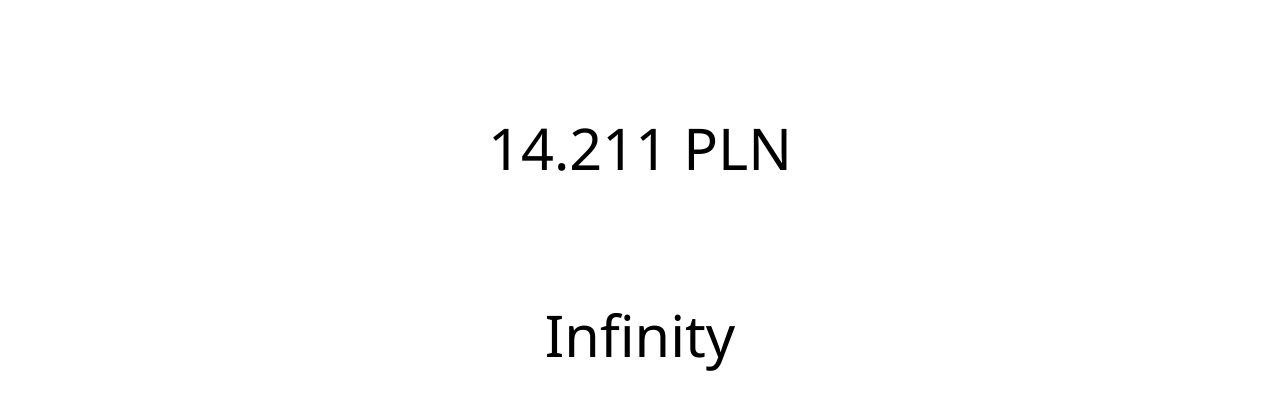
Repository: michalgornicki/bitcoin-virtual
Page: /
These files come from the project's save history. The page is drawn as it stood at one moment and after the next save; the edit follows.
The browser window is 1280 px wide. The pictures show the whole page.
The project was rebuilt for these pictures with package versions that can differ from the ones it lists, and the page was loaded fresh each time.

Above is the page before, as saved 2021-12-05 20:46:14.

After the next save:
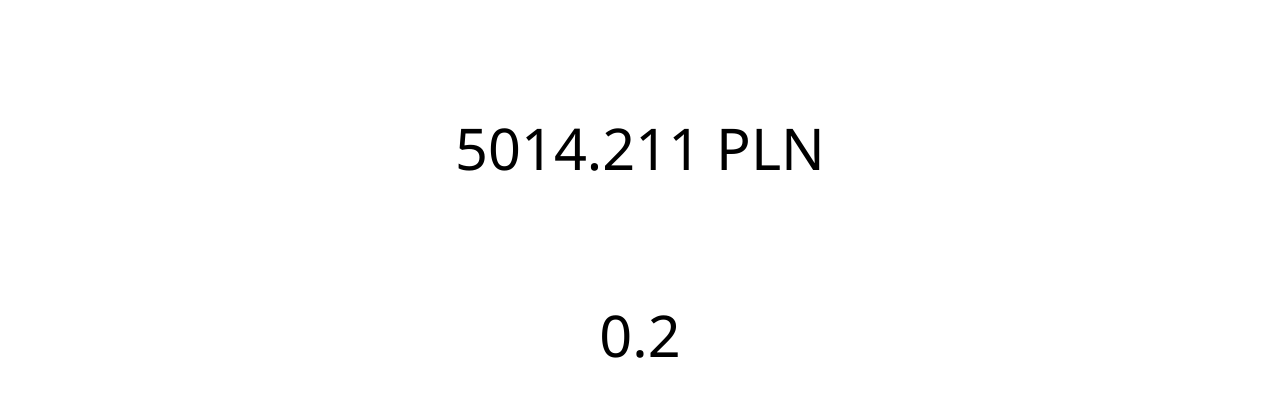
Saved 8 s later.
--- a/src/App.jsx
+++ b/src/App.jsx
@@ -3,7 +3,7 @@ import './App.css';
 
 function App() {
 
-const [bitcoinPrice, setBitcoinPrice] = useState(0);
+const [bitcoinPrice, setBitcoinPrice] = useState(5000);
 const [plnPrice, setPlnPrice] = useState(0.2);
 
 
